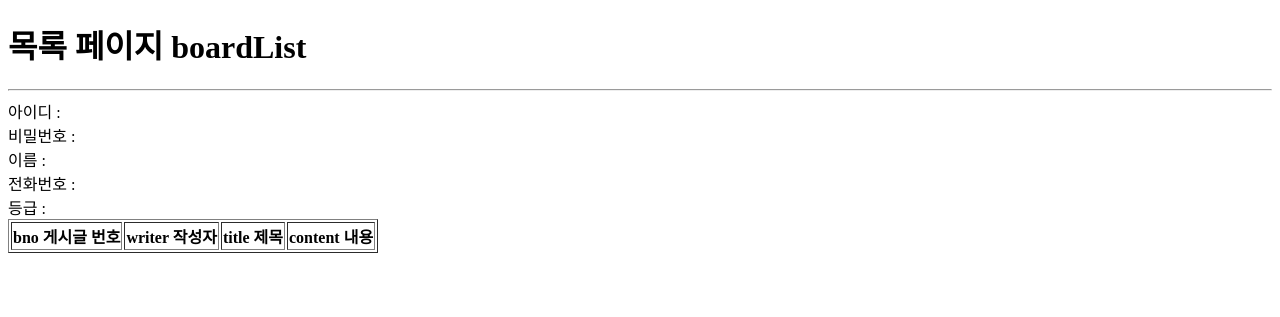
Repository: smallomg/bg-spring
Page: http://localhost/test1/WEB-INF/views/boardList.jsp
The author's editor kept a copy of each file at every save. The page is drawn from the files as they stood at one save, then again after the next save.
The browser window is 1280 px wide. The pictures show the whole page.
The page is served by Tomcat 10. Nobody is signed in. Other server files are loaded and not shown. The template is opened directly, without the code that normally fills it, so the values that code supplies are empty.

Above is the page before, as saved 2025-05-09 07:45:00.

### ldy_spring/test1/src/main/webapp/WEB-INF/views/boardList.jsp
<%@ page language="java" contentType="text/html; charset=UTF-8"
	pageEncoding="UTF-8"%>
<%@ taglib prefix="c" uri="jakarta.tags.core"%>
<!DOCTYPE html>
<html>
<head>
<meta charset="UTF-8">
<title>Insert title here</title>
</head>
<body>
	<h1>목록 페이지 boardList</h1>
	<hr>
	아이디 : ${login.id} <br>
	비밀번호 : ${login.pw} <br>
	이름 : ${login.name} <br>
	전화번호 : ${login.phone} <br>
	등급 : ${login.grade} <br>

	<table border="1">
		<thead>
			<tr>
				<th>bno 게시글 번호</th>
				<th>writer 작성자</th>
				<th>title 제목</th>
				<th>content 내용</th>

			</tr>
		</thead>

		<tbody>
			<c:forEach var="board" items="${list }" varStatus="status">
				<tr>
					<td>${status.count }</td>
					<td>${board.writer }</td>
					<td>${board.title }</td>
					<td>${board.content }</td>

				</tr>
			</c:forEach>
		</tbody>
	</table>
</body>
</html>

After the next save:
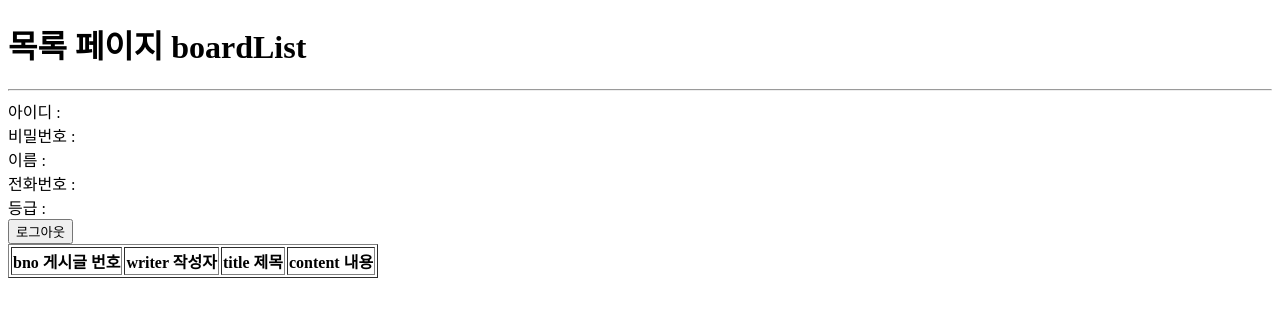
Saved 74 s later.
--- a/ldy_spring/test1/src/main/webapp/WEB-INF/views/boardList.jsp
+++ b/ldy_spring/test1/src/main/webapp/WEB-INF/views/boardList.jsp
@@ -15,6 +15,8 @@
 	이름 : ${login.name} <br>
 	전화번호 : ${login.phone} <br>
 	등급 : ${login.grade} <br>
+
+	<button onclick="f()">로그아웃</button>
 
 	<table border="1">
 		<thead>
